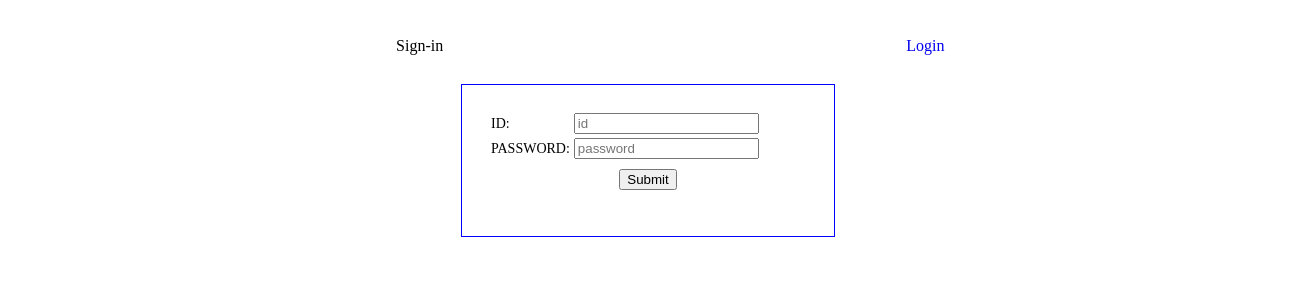
Repository: moshe31sh/Java_ee_final_project_todo_list
Page: http://localhost/Toto_list_final_project/login.jsp
The author's editor kept a copy of each file at every save. The page is drawn from the files as they stood at one save, then again after the next save.
The browser window is 1280 px wide. The page is 1314 px wide, so the pictures cover 1314 px, including what lies to the right of the window. The pictures show the whole page.
The page is served by Tomcat 9.

Above is the page before, as saved 2015-12-05 10:43:57.

After the next save:
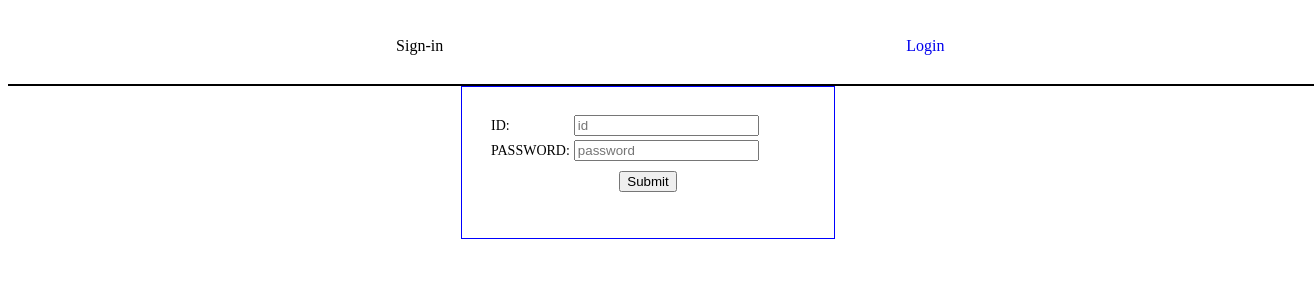
Saved 36 s later.
--- a/Toto_list_final_project/WebContent/CSS/style.css
+++ b/Toto_list_final_project/WebContent/CSS/style.css
@@ -26,6 +26,7 @@ nav{
 	min-height: 20px;
 	width: 100%;
 	padding:1%;
+	border-bottom: 2px solid black;
 }
 ul{
 	width:80%;
